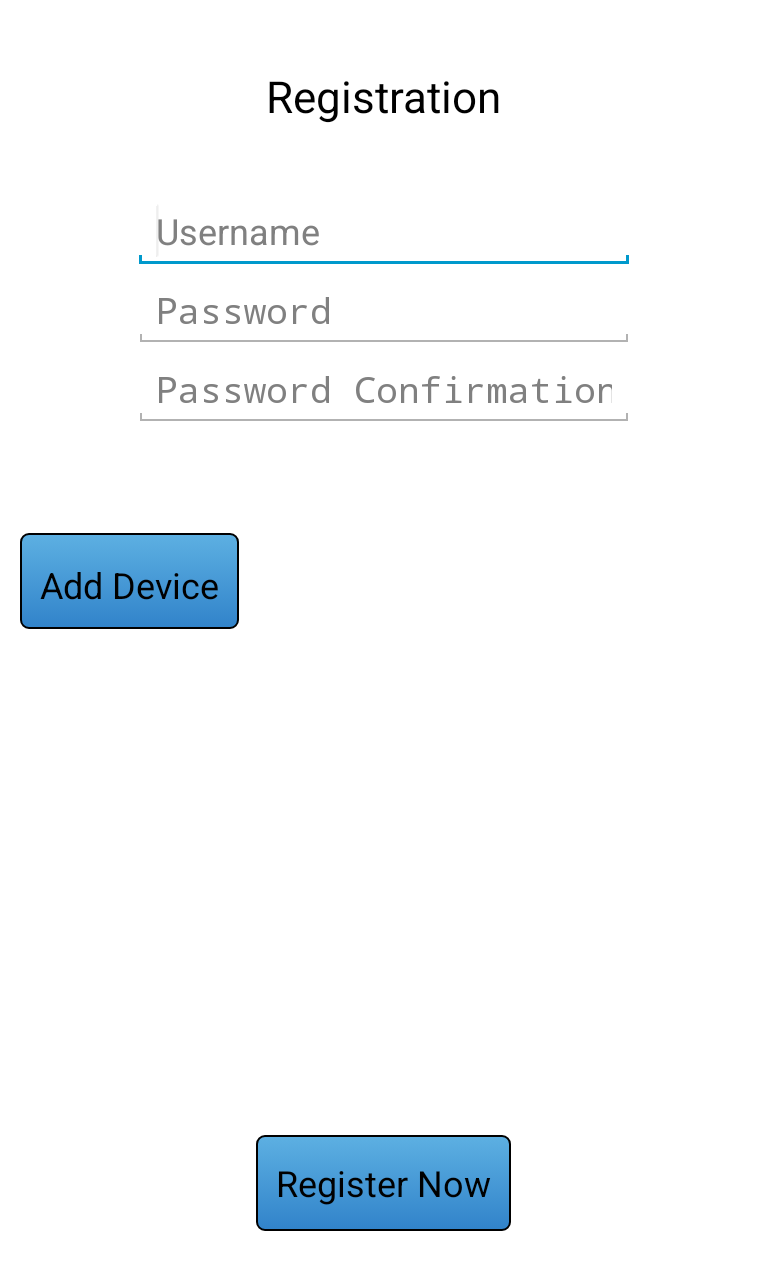
Repository: ArisKots1992/Software-Development
Layout: Anaptiksi Logismikou/Anaptiksi Logismikou/AdminClientApplication/res/layout/activity_register.xml
These files come from the project's save history. The layout is drawn as it stood at one moment and after the next save; the edit follows.
It is drawn on a 768 x 1280 px phone screen (xhdpi) without system bars, with theme AppTheme; the app's code is not run.

Above is the layout before, as saved 2015-01-15 18:51:49.

After the next save:
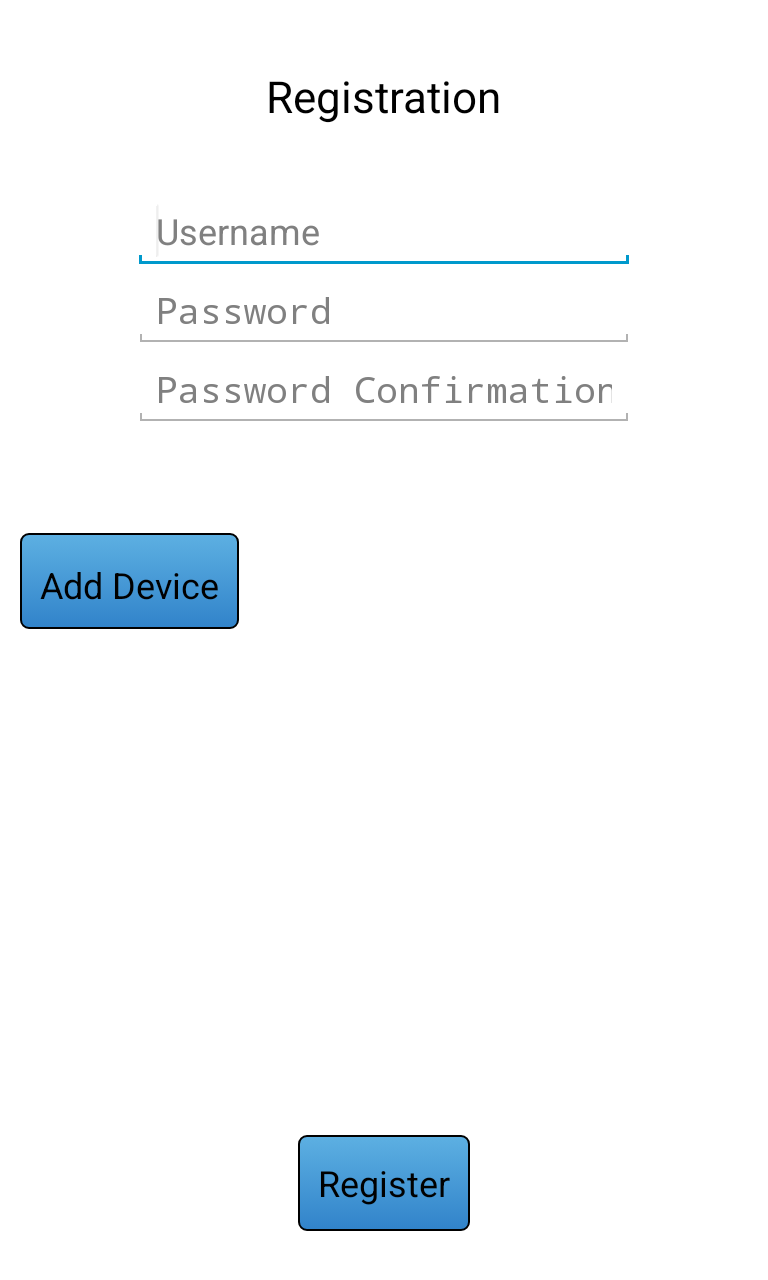
Saved 8 min 39 s later.
--- a/Anaptiksi Logismikou/Anaptiksi Logismikou/AdminClientApplication/res/layout/activity_register.xml
+++ b/Anaptiksi Logismikou/Anaptiksi Logismikou/AdminClientApplication/res/layout/activity_register.xml
@@ -109,7 +109,7 @@
             android:layout_centerVertical="true"
             android:background="@drawable/custom_button"
             android:scaleType="centerCrop"
-            android:text="Register Now" />
+            android:text="Register" />
 
     </RelativeLayout>
 </LinearLayout>
